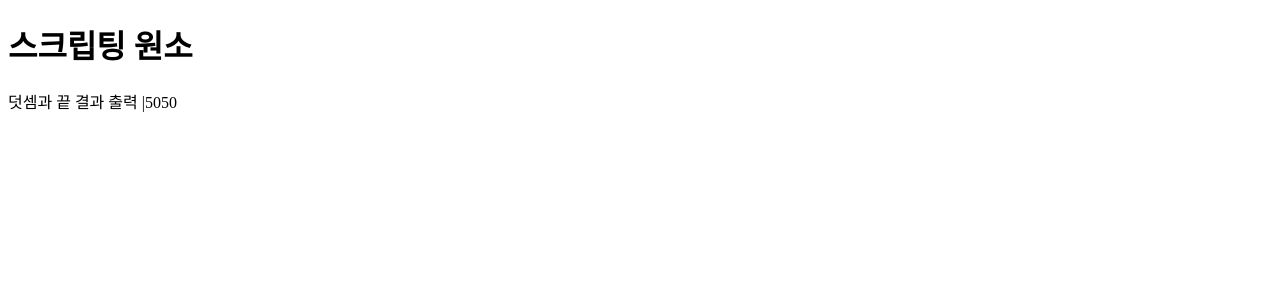
Repository: alswnsghd1234/Server_Study
Page: http://localhost/2_JSP/views/01_ScriptingElement.jsp
An editor plug-in stored every save of this project. The page is shown before and after the next save, followed by the edit.
The browser window is 1280 px wide. The pictures show the whole page.
The page is served by Tomcat 9. Other server files are loaded and not shown.

Above is the page before, as saved 2022-04-27 07:08:52.

### 2_JSP/WebContent/views/01_ScriptingElement.jsp
<%@ page language="java" contentType="text/html; charset=UTF-8"%>

<!DOCTYPE html>
<html lang="en">
<head>
  <meta charset="UTF-8">
  <meta http-equiv="X-UA-Compatible" content="IE=edge">
  <meta name="viewport" content="width=device-width, initial-scale=1.0">
  <title>Document</title>
</head>
<body>
    <%--JSP 주석 : 개발자도구에 노출 안됨 --%>

    <h1>스크립팅 원소</h1>

    <%
    	// 스크립틀릿 : 이안에 일반적인 자바코드 작성(변수 선언 및 초기화,제어문 등등)

    int sum=0;
    for(int i=0;i<=100;i++){
    	sum+=i;
    }
    System.out.println("덧셈과 끝 결과 출력 |"+ sum);
    out.println("덧셈과 끝 결과 출력 |"+ sum);
    %>
</body>
</html>

After the next save:
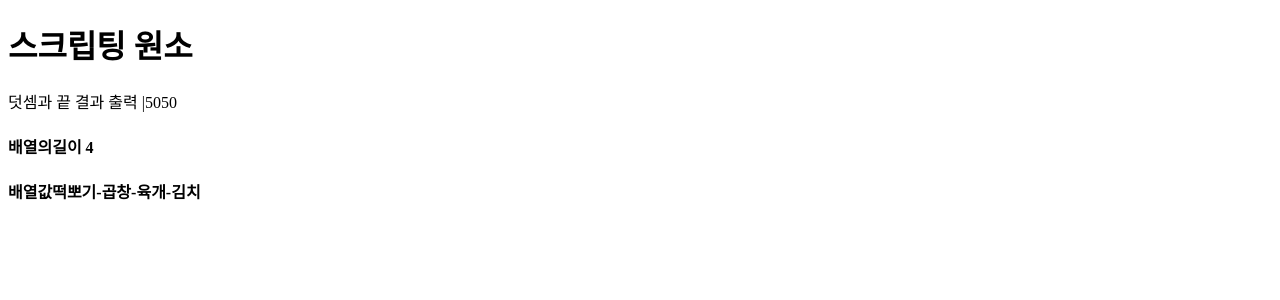
Saved 5 min 52 s later.
--- a/2_JSP/WebContent/views/01_ScriptingElement.jsp
+++ b/2_JSP/WebContent/views/01_ScriptingElement.jsp
@@ -23,5 +23,13 @@
     System.out.println("덧셈과 끝 결과 출력 |"+ sum);
     out.println("덧셈과 끝 결과 출력 |"+ sum);
     %>
+
+    <%
+    	//배열 만들기
+    	String[] food={"떡뽀기","곱창","육개","김치"};
+    %>
+
+    <h4>배열의길이 <%=food.length%></h4>
+    <h4>배열값<%=String.join("-",food) %></h4>
 </body>
 </html>
